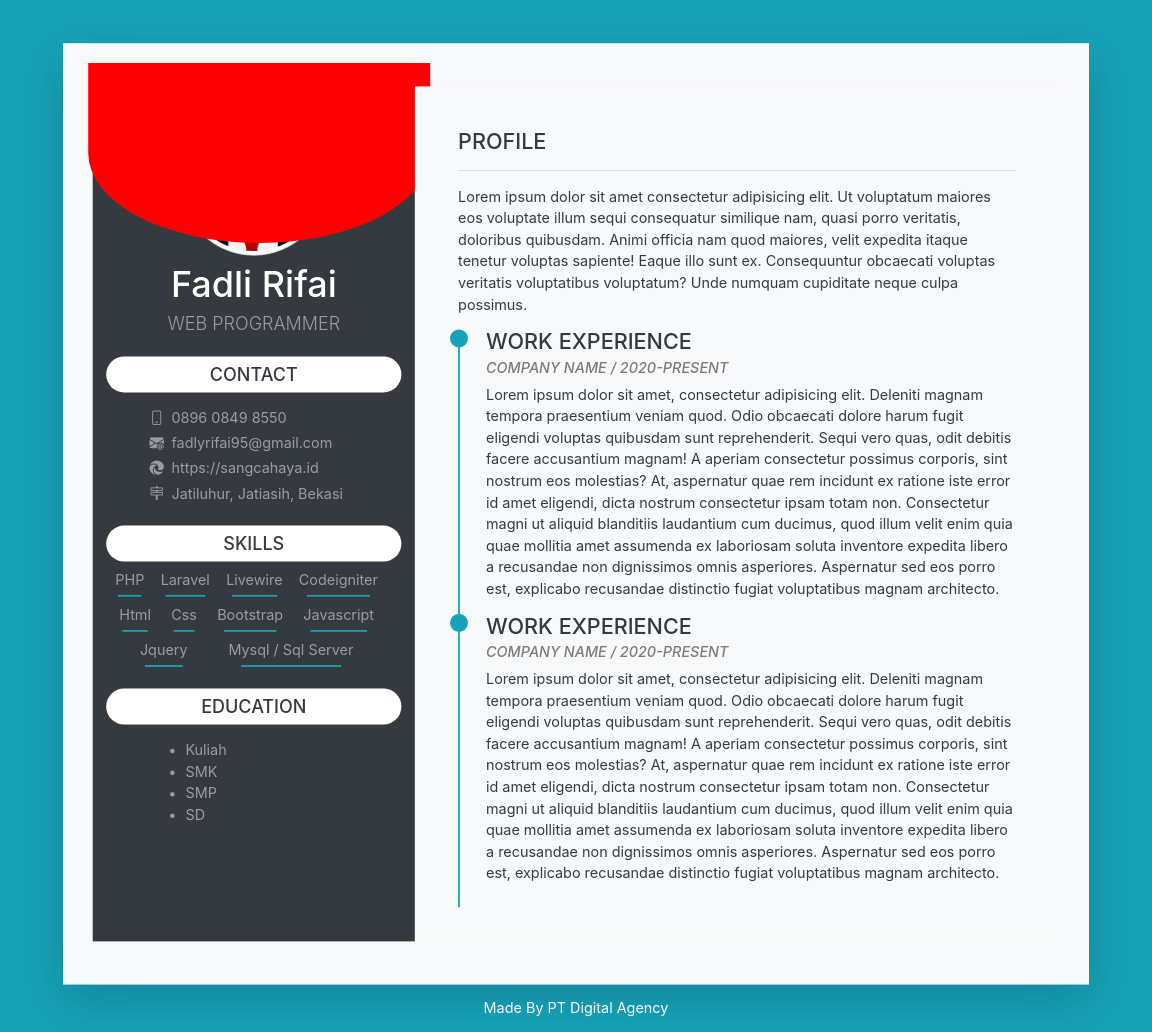
Repository: fadlyyy/fadlyyy.github.io
Page: index.html
An editor plug-in stored every save of this project. The page is shown before and after the next save, followed by the edit.
The browser window is 1280 px wide. The pictures show the whole page, at 90% of full size.

Above is the page before, as saved 2024-01-31 08:53:00.

### index.html
<!DOCTYPE html>
<html lang="en">

<head>
     <!-- Required meta tags -->
     <meta charset="utf-8" />
     <meta name="viewport" content="width=device-width, initial-scale=1, shrink-to-fit=no" />

     <!-- Bootstrap CSS -->
     <link rel="stylesheet" href="https://cdn.jsdelivr.net/npm/bootstrap@4.6.2/dist/css/bootstrap.min.css"
          integrity="sha384-xOolHFLEh07PJGoPkLv1IbcEPTNtaed2xpHsD9ESMhqIYd0nLMwNLD69Npy4HI+N" crossorigin="anonymous" />

     <!-- Icon -->
     <link rel="stylesheet" href="https://cdn.jsdelivr.net/npm/bootstrap-icons@1.11.3/font/bootstrap-icons.min.css" />

     <link rel="stylesheet" href="style.css" />

     <title>Hello, world!</title>
</head>

<body class="bg-info">
     <div class="container p-5 bg-light mt-5 mb-5 shadow shadow-lg">
          <div class="row">
               <div class="col-lg-4 bg-dark text-white text-center py-4">
                    <div class="header-left">
                         <div class="kotak-image"></div>
                         <img src="img/profile.png" alt="" class="img-thumbnail rounded-circle mb-2 w-50 h-50" />
                         <h1 class="display-5">Fadli Rifai</h1>
                         <h4 class="lead text-uppercase text-white-50 mb-4">Web Programmer</h4>
                    </div>

                    <!-- general info -->
                    <div class="general-info">
                         <h5 class="text-uppercase bg-white text-dark py-2 rounded-pill">contact</h5>

                         <ul class="list-unstyled text-white-50 py-2 text-left ml-5">
                              <li class="list-item mb-1">
                                   <p>
                                        <i class="bi bi-phone mr-1"></i> 0896 0849 8550
                                   </p>
                              </li>
                              <li class="list-item mb-1 text-wrap w-75">
                                   <p>
                                        <i class="bi bi-envelope-at-fill mr-1"></i> fadlyrifai95@gmail.com
                                   </p>
                              </li>
                              <li class="list-item mb-1">
                                   <p>
                                        <i class="bi bi-browser-edge mr-1"></i> https://sangcahaya.id
                                   </p>
                              </li>
                              <li class="list-item">
                                   <i class="bi bi-signpost-2 mr-1"></i>
                                   Jatiluhur, Jatiasih, Bekasi
                              </li>
                         </ul>
                    </div>

                    <!-- skills -->
                    <div>
                         <h5 class="text-uppercase bg-white text-dark py-2 rounded-pill">skills</h5>
                         <ul class="list list-unstyled text-white-50 px-2 text-left text-capitalize list-skills">
                              <li class="list-item">PHP</li>
                              <li class="list-item">laravel</li>
                              <li class="list-item">livewire</li>
                              <li class="list-item">codeigniter</li>
                              <li class="list-item">html</li>
                              <li class="list-item">css</li>
                              <li class="list-item">bootstrap</li>
                              <li class="list-item">javascript</li>
                              <li class="list-item">jquery</li>
                              <li class="list-item">mysql / sql server</li>
                         </ul>
                    </div>

                    <!-- educations -->
                    <div>
                         <h5 class="text-uppercase bg-white text-dark py-2 rounded-pill">education</h5>
                         <ul class="list text-white-50 ml-5 py-2 text-left text-capitalize">
                              <li class="list-item">Kuliah</li>
                              <li class="list-item">SMK</li>
                              <li class="list-item">SMP</li>
                              <li class="list-item">SD</li>
                         </ul>
                    </div>
               </div>

               <div class="col-lg-8 bg-light text-dark py-5 px-5 right-side">
                    <div class="header-right">
                         <h4 class="text-uppercase">Profile</h4>
                         <hr />
                         <p>
                              Lorem ipsum dolor sit amet consectetur adipisicing elit. Ut voluptatum maiores eos
                              voluptate illum sequi consequatur similique nam, quasi porro veritatis, doloribus
                              quibusdam. Animi officia nam quod maiores, velit expedita
                              itaque tenetur voluptas sapiente! Eaque illo sunt ex. Consequuntur obcaecati voluptas
                              veritatis voluptatibus voluptatum? Unde numquam cupiditate neque culpa possimus.
                         </p>
                    </div>

                    <div class="work-experience">
                         <div class="list-work pb-3 pl-3">
                              <h4 class="text-uppercase">work experience</h4>
                              <h6 class="text-uppercase text-black-50 font-italic mt-1 mb-2">company name / 2020-present</h6>
                              <p>Lorem ipsum dolor sit amet, consectetur adipisicing elit. Deleniti magnam tempora
                                   praesentium veniam quod. Odio obcaecati dolore harum fugit eligendi voluptas
                                   quibusdam sunt reprehenderit. Sequi vero quas, odit debitis facere accusantium
                                   magnam! A aperiam consectetur possimus corporis, sint nostrum eos molestias? At,
                                   aspernatur quae rem incidunt ex ratione iste error id amet eligendi, dicta nostrum
                                   consectetur ipsam totam non. Consectetur magni ut aliquid blanditiis laudantium cum
                                   ducimus, quod illum velit enim quia quae mollitia amet assumenda ex laboriosam soluta
                                   inventore expedita libero a recusandae non dignissimos omnis asperiores. Aspernatur
                                   sed eos porro est, explicabo recusandae distinctio fugiat voluptatibus magnam
                                   architecto.</p>
                         </div>
                         <div class="list-work pb-3 pl-3">
                              <h4 class="text-uppercase">work experience</h4>
                              <h6 class="text-uppercase text-black-50 font-italic mt-1 mb-2">company name / 2020-present</h6>
                              <p>Lorem ipsum dolor sit amet, consectetur adipisicing elit. Deleniti magnam tempora
                                   praesentium veniam quod. Odio obcaecati dolore harum fugit eligendi voluptas
                                   quibusdam sunt reprehenderit. Sequi vero quas, odit debitis facere accusantium
                                   magnam! A aperiam consectetur possimus corporis, sint nostrum eos molestias? At,
                                   aspernatur quae rem incidunt ex ratione iste error id amet eligendi, dicta nostrum
                                   consectetur ipsam totam non. Consectetur magni ut aliquid blanditiis laudantium cum
                                   ducimus, quod illum velit enim quia quae mollitia amet assumenda ex laboriosam soluta
                                   inventore expedita libero a recusandae non dignissimos omnis asperiores. Aspernatur
                                   sed eos porro est, explicabo recusandae distinctio fugiat voluptatibus magnam
                                   architecto.</p>
                         </div>
                    </div>
               </div>
          </div>
     </div>
     <!-- Optional JavaScript; choose one of the two! -->

     <!-- footer -->
     <div class="footer">
          <p class="text-light text-center text-capitalize" style="margin-top: -35px;">made by PT Digital Agency</p>
     </div>

     <!-- Option 1: jQuery and Bootstrap Bundle (includes Popper) -->
     <script src="https://cdn.jsdelivr.net/npm/jquery@3.5.1/dist/jquery.slim.min.js"
          integrity="sha384-DfXdz2htPH0lsSSs5nCTpuj/zy4C+OGpamoFVy38MVBnE+IbbVYUew+OrCXaRkfj"
          crossorigin="anonymous"></script>
     <script src="https://cdn.jsdelivr.net/npm/bootstrap@4.6.2/dist/js/bootstrap.bundle.min.js"
          integrity="sha384-Fy6S3B9q64WdZWQUiU+q4/2Lc9npb8tCaSX9FK7E8HnRr0Jz8D6OP9dO5Vg3Q9ct"
          crossorigin="anonymous"></script>

     <!-- Option 2: Separate Popper and Bootstrap JS -->
     <!--
    <script src="https://cdn.jsdelivr.net/npm/jquery@3.5.1/dist/jquery.slim.min.js" integrity="sha384-DfXdz2htPH0lsSSs5nCTpuj/zy4C+OGpamoFVy38MVBnE+IbbVYUew+OrCXaRkfj" crossorigin="anonymous"></script>
    <script src="https://cdn.jsdelivr.net/npm/popper.js@1.16.1/dist/umd/popper.min.js" integrity="sha384-9/reFTGAW83EW2RDu2S0VKaIzap3H66lZH81PoYlFhbGU+6BZp6G7niu735Sk7lN" crossorigin="anonymous"></script>
    <script src="https://cdn.jsdelivr.net/npm/bootstrap@4.6.2/dist/js/bootstrap.min.js" integrity="sha384-+sLIOodYLS7CIrQpBjl+C7nPvqq+FbNUBDunl/OZv93DB7Ln/533i8e/mZXLi/P+" crossorigin="anonymous"></script>
    -->
</body>

</html>

### style.css
.general-info ul li p {
    margin: 0;
}

.header-left {
    position: relative;
    /* overflow: hidden; */
}

.header-left .kotak-image {
    width: 380px;
    height: 200px;
    /* border-radius: 50%; */
    background-color: red;
    position: absolute;
    top: -50px;
    left: -20px;
    right: 250px;
    border-bottom-left-radius: 100%;
    border-bottom-right-radius: 100%;
}

.list-skills {
    display: flex;
    flex-wrap: wrap;
    justify-content: space-evenly;
    align-content: space-around;
}

.list-skills .list-item {
    margin-right: 1rem;
    padding-bottom: .5rem;
}

.list-skills .list-item::after {
    content: '';
    display: block;
    background-color: #17a2b8;
    width: 80%;
    height: 2px;
    margin: auto;
    margin-top: 5px;
}

.work-experience .list-work {
    position: relative;
    z-index: 1;
}

.work-experience .list-work h4,
.work-experience .list-work h6,
.work-experience .list-work p {
    margin: 0;
    padding: 0;
}

.work-experience .list-work h4,
.work-experience .list-work h6,
.work-experience .list-work p {
    margin-left: 15px;
}

.work-experience .list-work::before {
    content: '';
    display: block;
    position: absolute;
    width: 2px;
    top: 5px;
    bottom: -10px;
    left: 0;
    background-color: #17a2b8;
    z-index: 3;
}

.work-experience .list-work::after {
    content: '';
    display: block;
    position: absolute;
    width: 20px;
    height: 20px;
    top: 0;
    left: 0;
    background-color: #17a2b8;
    z-index: 4;
    border-radius: 50%;
    transform: translateX(-45%);
}

/* Media Query */
/* Extra Large */
@media (max-width: 1200px) {}

/* Laptop */
@media (max-width: 992px) {}

/* Tablet */
@media (max-width: 768px) {}

/* Mobile */
@media (max-width: 576px) {
    .right-side {
        padding-left: 0 !important;
        padding-right: 0 !important;
    }
}

After the next save:
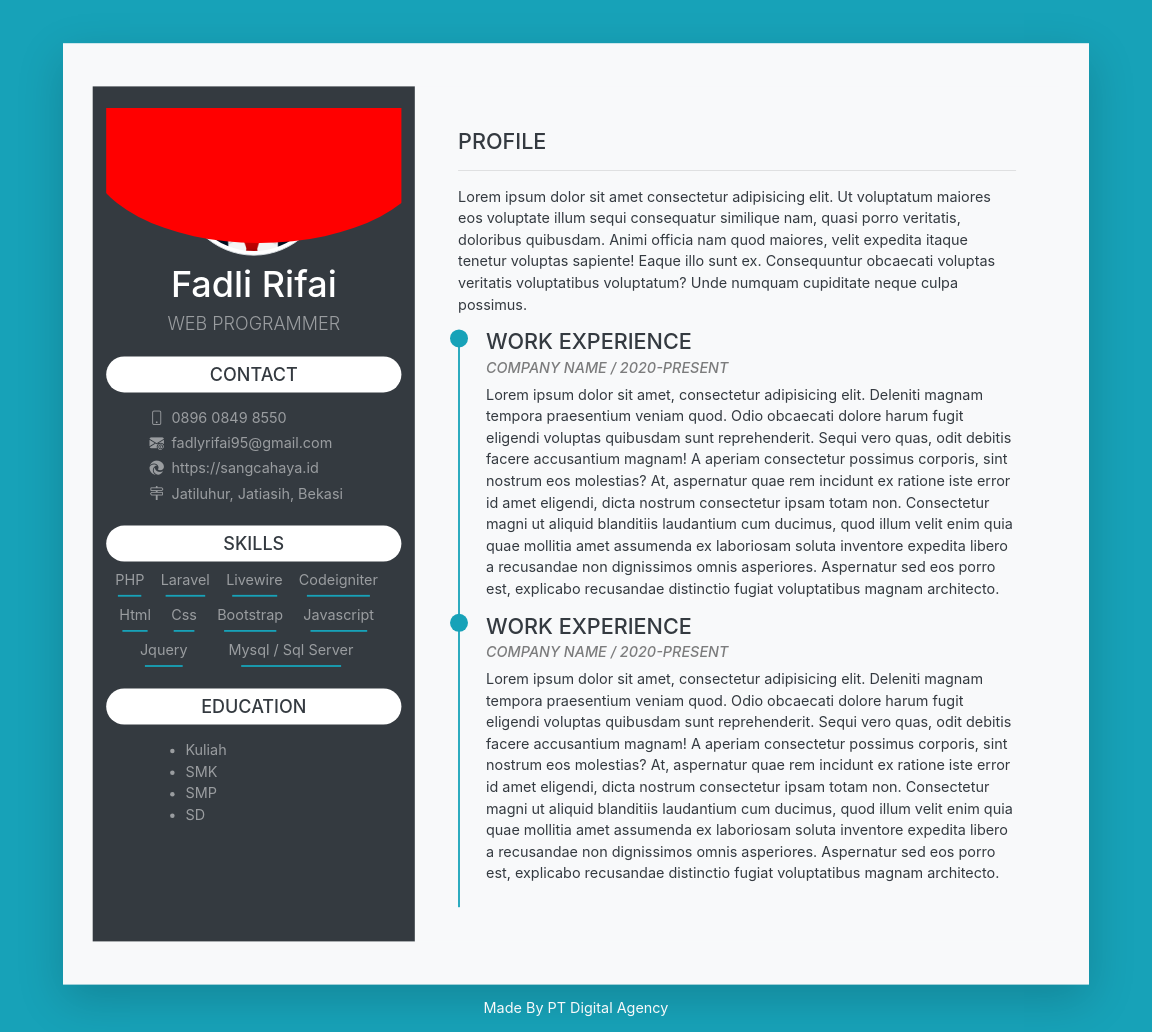
Saved 5 s later.
--- a/style.css
+++ b/style.css
@@ -4,7 +4,7 @@
 
 .header-left {
     position: relative;
-    /* overflow: hidden; */
+    overflow: hidden;
 }
 
 .header-left .kotak-image {
